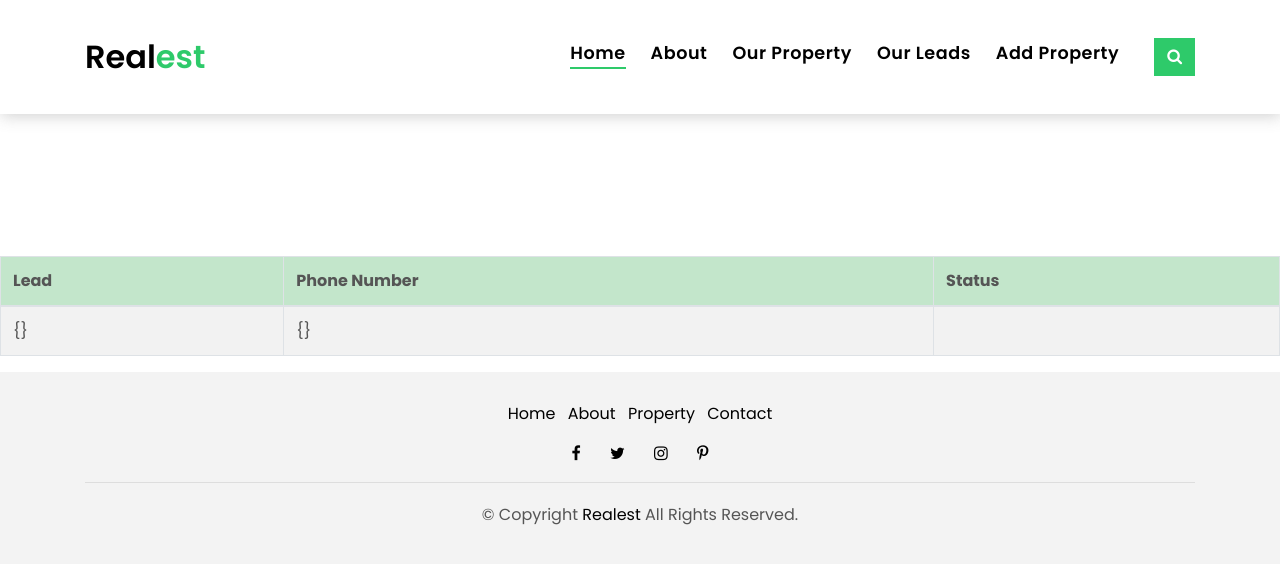
Repository: danaalhaji/realest
Page: http://localhost/realeast/WEB-INF/companyLeads.jsp
These files come from the project's save history. The page is drawn as it stood at one moment and after the next save; the edit follows.
The browser window is 1280 px wide. The pictures show the whole page.
The page is served by Tomcat 9. Nobody is signed in. The template is opened directly, without the code that normally fills it, so the values that code supplies are empty.

Above is the page before, as saved 2022-11-23 07:52:04.

After the next save:
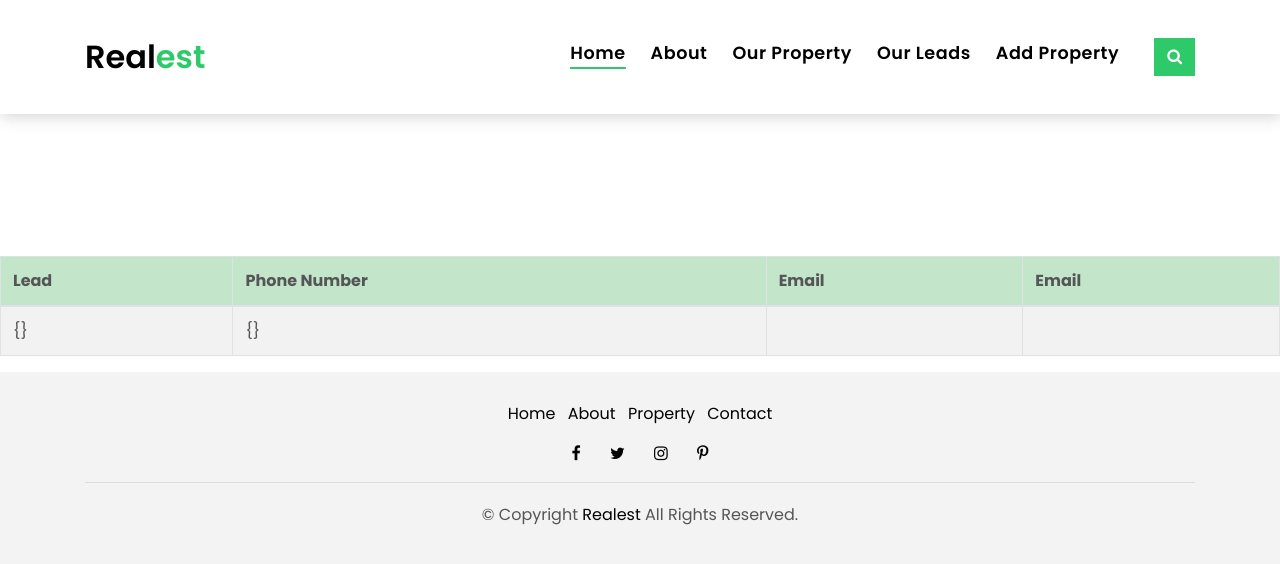
Saved 19 s later.
--- a/realeast/src/main/webapp/WEB-INF/companyLeads.jsp
+++ b/realeast/src/main/webapp/WEB-INF/companyLeads.jsp
@@ -176,7 +176,8 @@
 					<tr class="table-success">
 						<th scope="col">Lead</th>
 						<th scope="col">Phone Number</th>
-						<th scope="col">Status</th>
+						<th scope="col">Email</th>
+						<th scope="col">Email</th>
 					</tr>
 				</thead>
 				<tbody>
@@ -184,6 +185,7 @@
 					<tr>
 						<td>{}</td>
 						<td>{}</td>
+						<td></td>
 						<td></td>
 					</tr>
 
